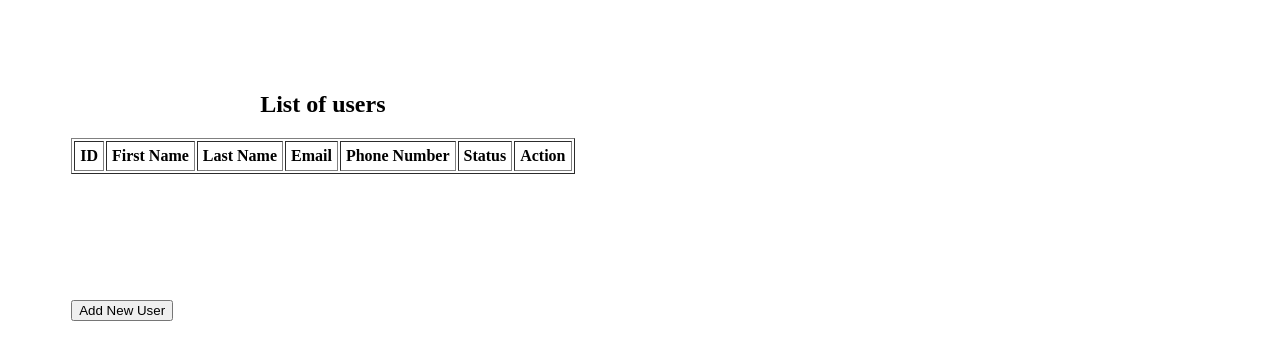
Repository: aniketaag/Test-Application
Page: http://localhost/evolent/WEB-INF/views/user_list.jsp
These files come from the project's save history. The page is drawn as it stood at one moment and after the next save; the edit follows.
The browser window is 1280 px wide. The pictures show the whole page.
The page is served by Tomcat 9. Nobody is signed in. Other server files are loaded and not shown. The template is opened directly, without the code that normally fills it, so the values that code supplies are empty.

Above is the page before, as saved 2020-01-18 15:49:16.

### evolent/src/main/webapp/WEB-INF/views/user_list.jsp
<%@ page language="java" contentType="text/html; charset=UTF-8"
    pageEncoding="UTF-8"%>
<%@ taglib uri="http://java.sun.com/jsp/jstl/core" prefix="c" %>
<%@ taglib uri="http://java.sun.com/jsp/jstl/sql" prefix="sql" %>
<!DOCTYPE html PUBLIC "-//W3C//DTD HTML 4.01 Transitional//EN"
	"http://www.w3.org/TR/html4/loose.dtd">
<html>
<head>
<meta http-equiv="Content-Type" content="text/html; charset=UTF-8">
<title>List Users Records</title>
<style>
div{
	padding:5%;
}
</style>
</head>
<body>
	<div>
		<table border="1" cellpadding="5">
			<caption><h2>List of users</h2></caption>
			<tr>
				<th>ID</th>
				<th>First Name</th>
				<th>Last Name</th>
				<th>Email</th>
				<th>Phone Number</th>
				<th>Status</th>
				<th>Action</th>
			</tr>
			<c:forEach var="user" items="${users}">
				<tr>
					<td><c:out value="${user.id}" /></td>
					<td><c:out value="${user.firstName}" /></td>
					<td><c:out value="${user.lastName}" /></td>
					<td><c:out value="${user.email}" /></td>
					<td><c:out value="${user.phoneNumber}" /></td>
					<td><c:out value="${user.status}" /></td>
					<th><a>Edit</a> / <a>Delete</a></th>
				</tr>
			</c:forEach>
		</table>
	</div>
	<div><button>Add New User</button></div>
</body>
</html>

After the next save:
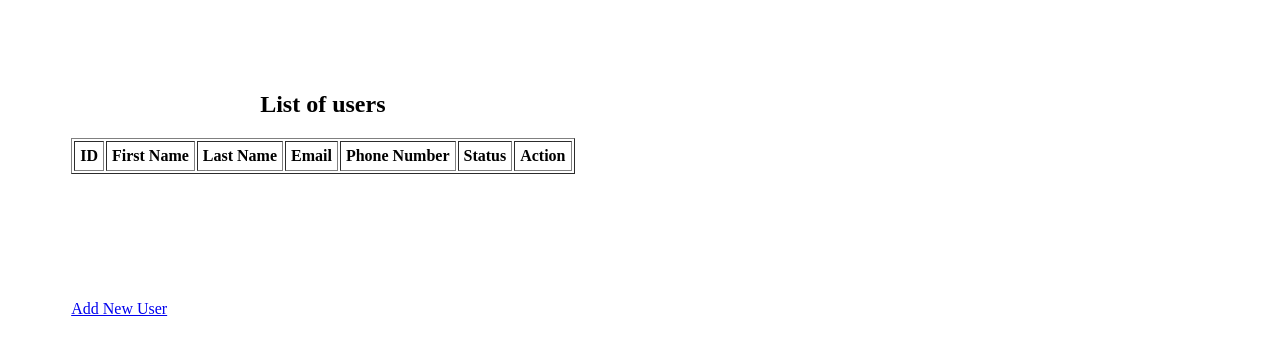
Saved 38 s later.
--- a/evolent/src/main/webapp/WEB-INF/views/user_list.jsp
+++ b/evolent/src/main/webapp/WEB-INF/views/user_list.jsp
@@ -40,6 +40,6 @@ div{
 			</c:forEach>
 		</table>
 	</div>
-	<div><button>Add New User</button></div>
+	<div><a href="reservation/bookingForm"">Add New User</button></div>
 </body>
 </html>
